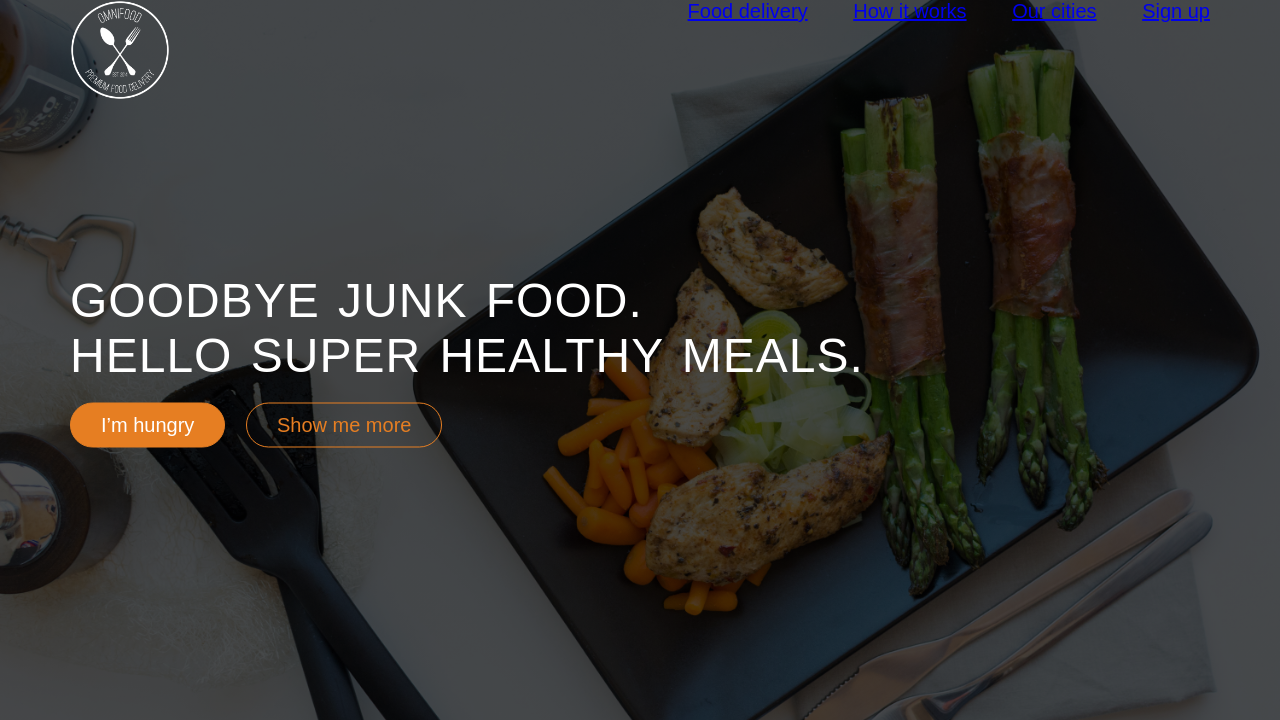
Repository: pboi18/E-Foods
Page: index.html
An editor plug-in stored every save of this project. The page is shown before and after the next save, followed by the edit.
The browser window is 1280 px wide. The pictures show the whole page.

Above is the page before, as saved 2020-07-09 22:35:53.

After the next save:
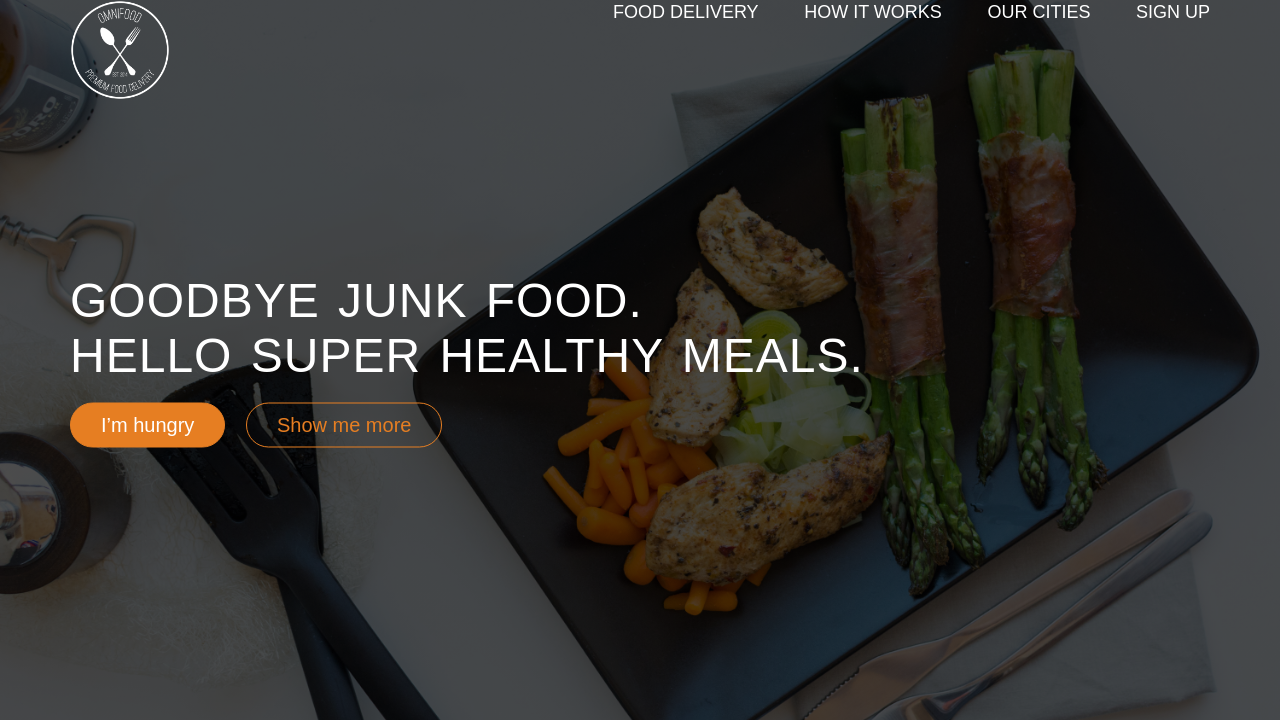
Saved 3 min 5 s later.
--- a/resources/css/style.css
+++ b/resources/css/style.css
@@ -124,3 +124,10 @@ header {
     display: inline-block;
     margin-left: 40px;
 }
+
+.main-nav li a {
+    color: #fff;
+    text-decoration: none;
+    text-transform: uppercase;
+    font-size: 90%;
+}
